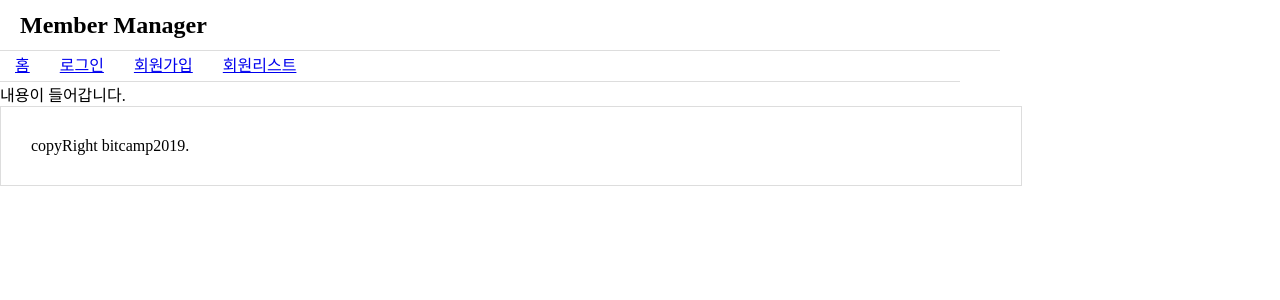
Repository: hhw9797/bitcampjn201904
Page: http://localhost/MemberManager/
The author's editor kept a copy of each file at every save. The page is drawn from the files as they stood at one save, then again after the next save.
The browser window is 1280 px wide. The pictures show the whole page.
The page is served by Tomcat 9.

Above is the page before, as saved 2019-06-20 07:53:31.

After the next save:
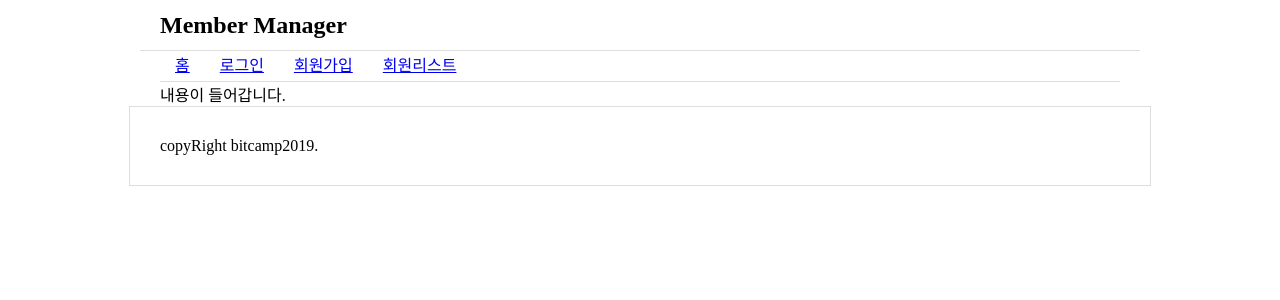
Saved 34 s later.
--- a/html/html5/jsp/MemberManager/WebContent/index.jsp
+++ b/html/html5/jsp/MemberManager/WebContent/index.jsp
@@ -13,6 +13,7 @@
 	}
 	div {
 		width : 960px;
+		margin : 0 auto;
 	}
 
 	#header {
